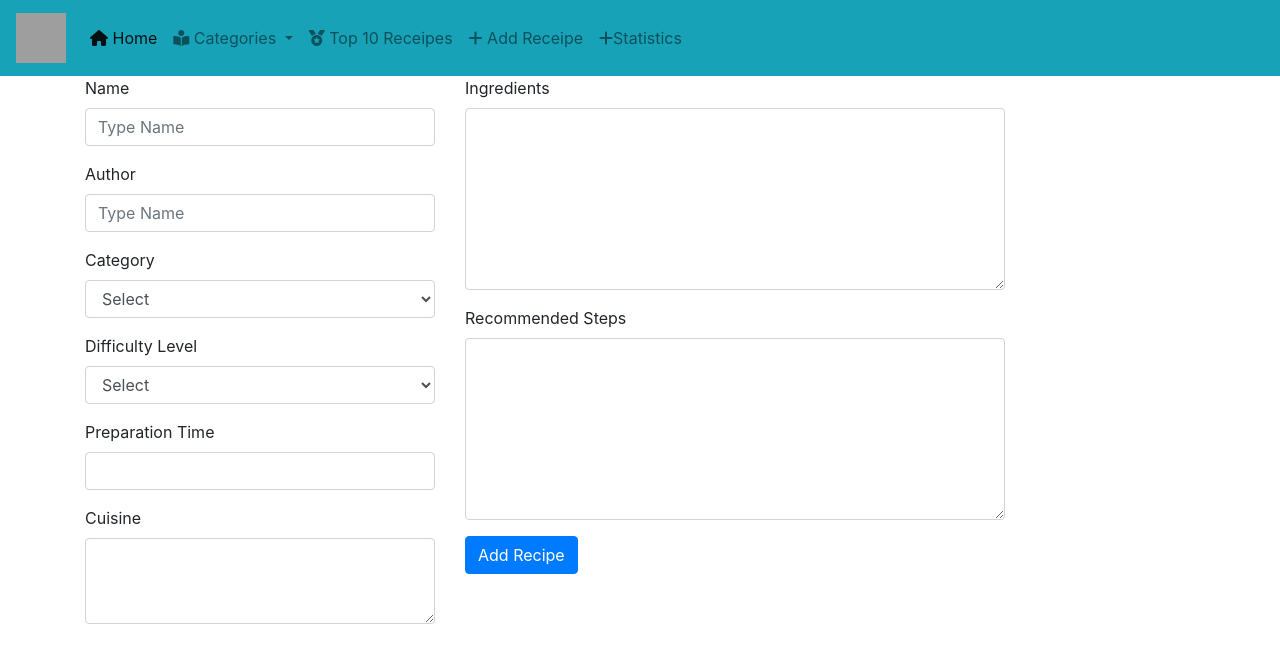
Repository: toderas/Flask-Cook-Book
Page: templates/addrecipe.html
The author's editor kept a record of every edit. The page is drawn from the files as they stood at one moment, then again after the next edit.
The browser window is 1280 px wide. The pictures show the whole page.
Pictures or frames that could not be fetched are drawn as grey boxes. Some web libraries are served in a nearby version. The page is served by the project's application, run on Flask 3 (cookbook.py). The template is opened directly, without the code that normally fills it, so the values that code supplies are empty.

Above is the page before.

After the next edit:
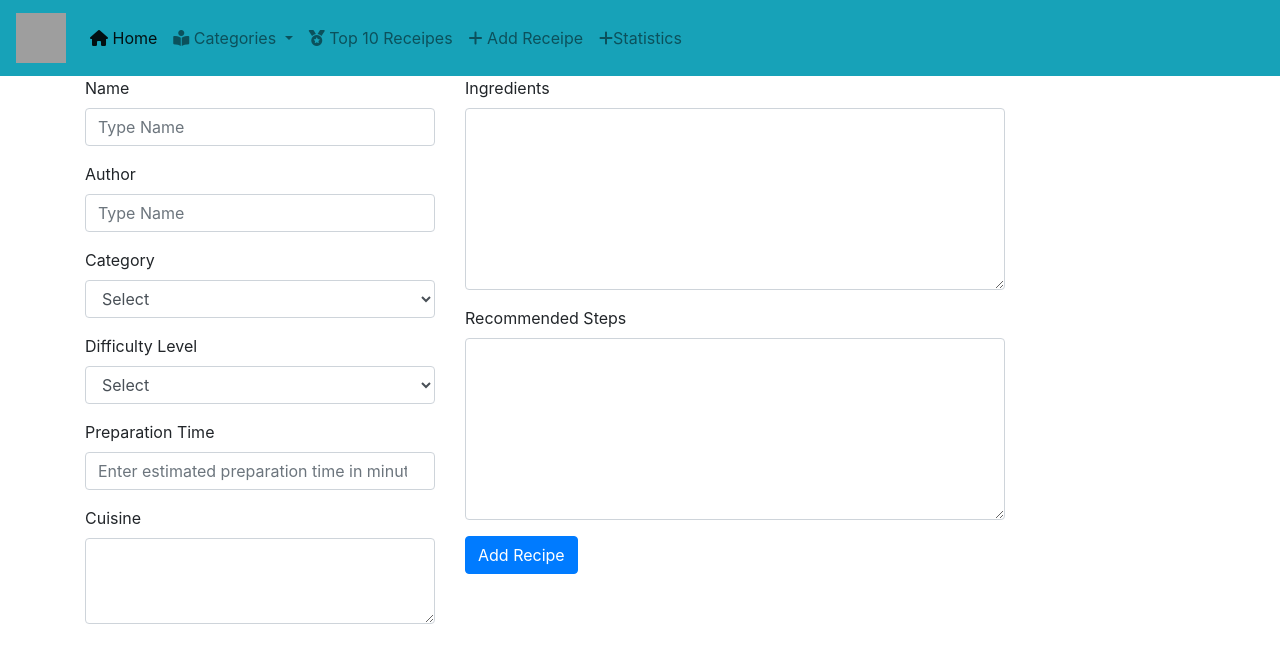
The edit:
--- a/templates/addrecipe.html
+++ b/templates/addrecipe.html
@@ -31,7 +31,7 @@
         </div>
         <div class="form-group">
           <label for="Preparation time">Preparation Time</label>
-           <input class="form-control" name="dish_prep_time" id="dish_prep_time" required type="number" maxlength="2" min="0" max="99"/>
+           <input placeholder="Enter estimated preparation time in minutes" class="form-control" name="dish_prep_time" id="dish_prep_time" required type="number" maxlength="2" min="0" max="300"/>
 
           <!--<textarea class="form-control" name="dish_prep_time" id="dish_prep_time" rows="3" required></textarea>-->
         </div>
